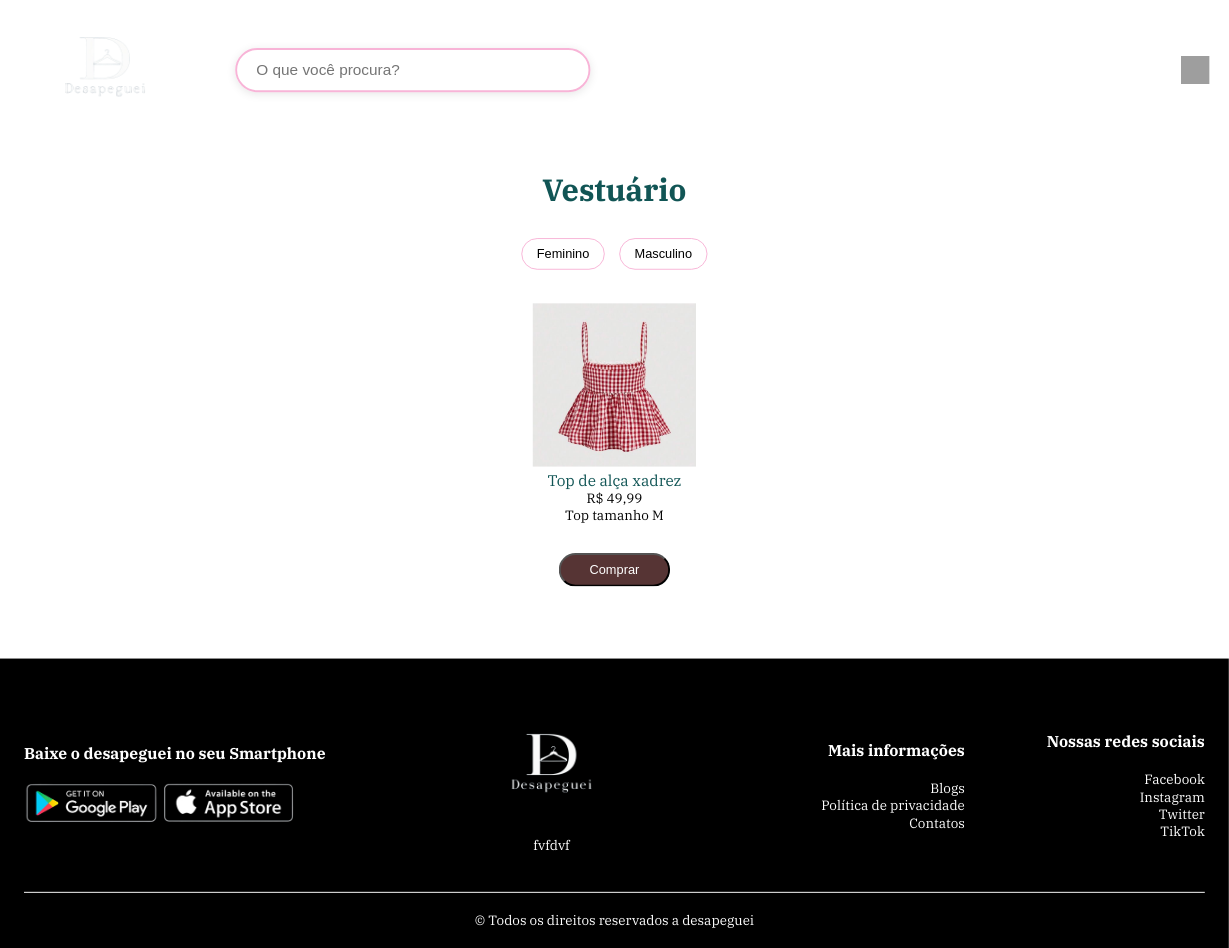
Repository: lanai-giani/Desapeguei
Page: http://localhost/desapeguei/categorias/vestuario.php?subcategoria=camisa
These files come from the project's save history. The page is drawn as it stood at one moment and after the next save; the edit follows.
The browser window is 1280 px wide. The pictures show the whole page, at 96% of full size.
Pictures or frames that could not be fetched are drawn as grey boxes. The page is run by PHP 8.4 with error messages shown; the project is at /var/www/html/. The database holds what the project's SQL file puts in it.

Above is the page before, as saved 2025-06-27 17:25:44.

After the next save:
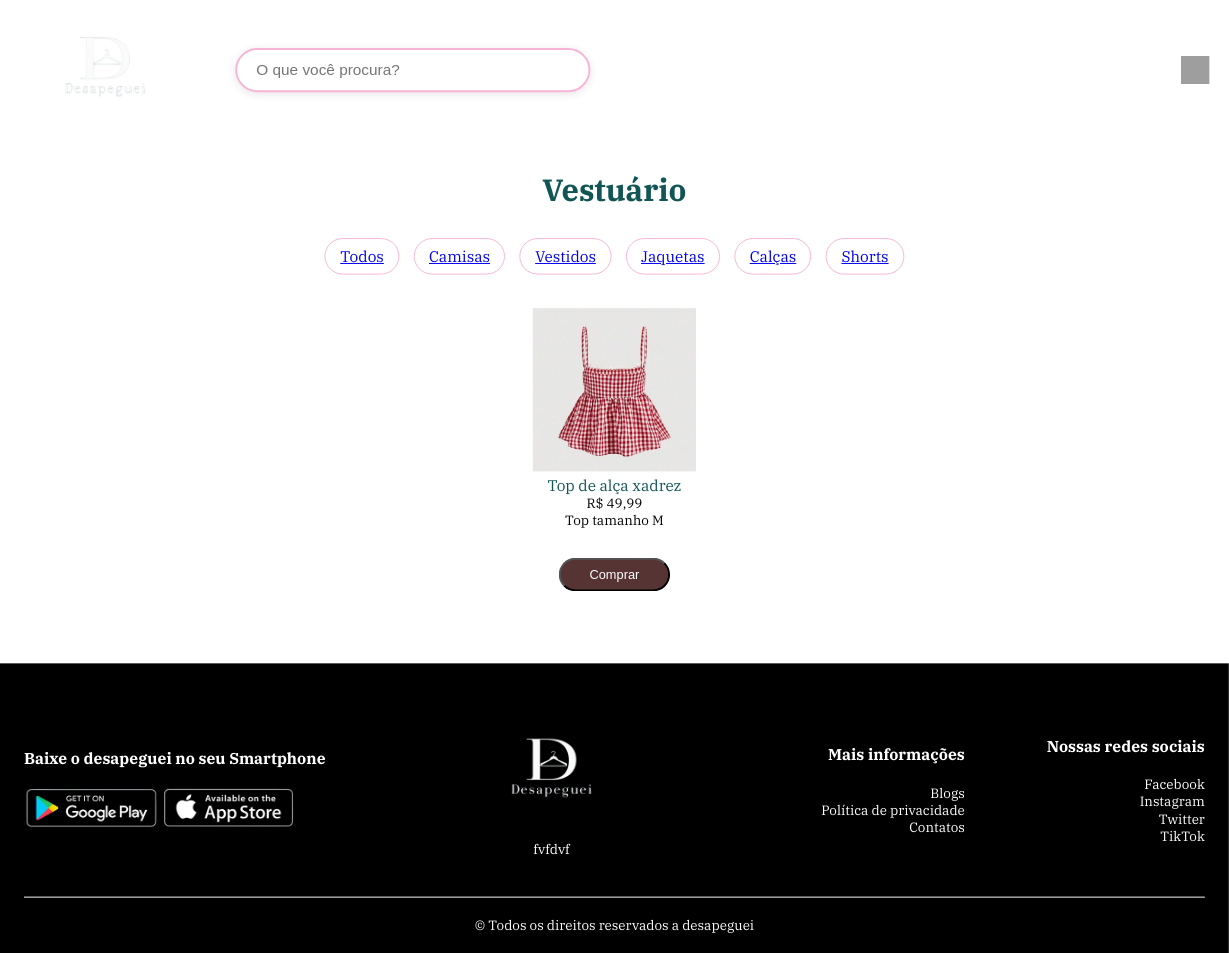
Saved 3 min 22 s later.
--- a/categorias/vestuario.php
+++ b/categorias/vestuario.php
@@ -50,8 +50,12 @@
         <h1 class="titulo-categoria">Vestuário</h1>
 
         <div class="filtros">
-            <button class="btn-filtro">Feminino</button>
-            <button class="btn-filtro">Masculino</button>
+            <a href="vestuario.php" class="btn-filtro <?= empty($_GET['subcategoria']) ? 'ativo' : '' ?>">Todos</a>
+            <a href="vestuario.php?subcategoria=camisa" class="btn-filtro <?= ($_GET['subcategoria'] ?? '') === 'camisa' ? 'ativo' : '' ?>">Camisas</a>
+            <a href="vestuario.php?subcategoria=vestido" class="btn-filtro <?= ($_GET['subcategoria'] ?? '') === 'vestido' ? 'ativo' : '' ?>">Vestidos</a>
+            <a href="vestuario.php?subcategoria=jaqueta" class="btn-filtro <?= ($_GET['subcategoria'] ?? '') === 'jaqueta' ? 'ativo' : '' ?>">Jaquetas</a>
+            <a href="vestuario.php?subcategoria=calça" class="btn-filtro <?= ($_GET['subcategoria'] ?? '') === 'calça' ? 'ativo' : '' ?>">Calças</a>
+            <a href="vestuario.php?subcategoria=short" class="btn-filtro <?= ($_GET['subcategoria'] ?? '') === 'short' ? 'ativo' : '' ?>">Shorts</a>
         </div>
 
         <div class="linha produtos-container">
